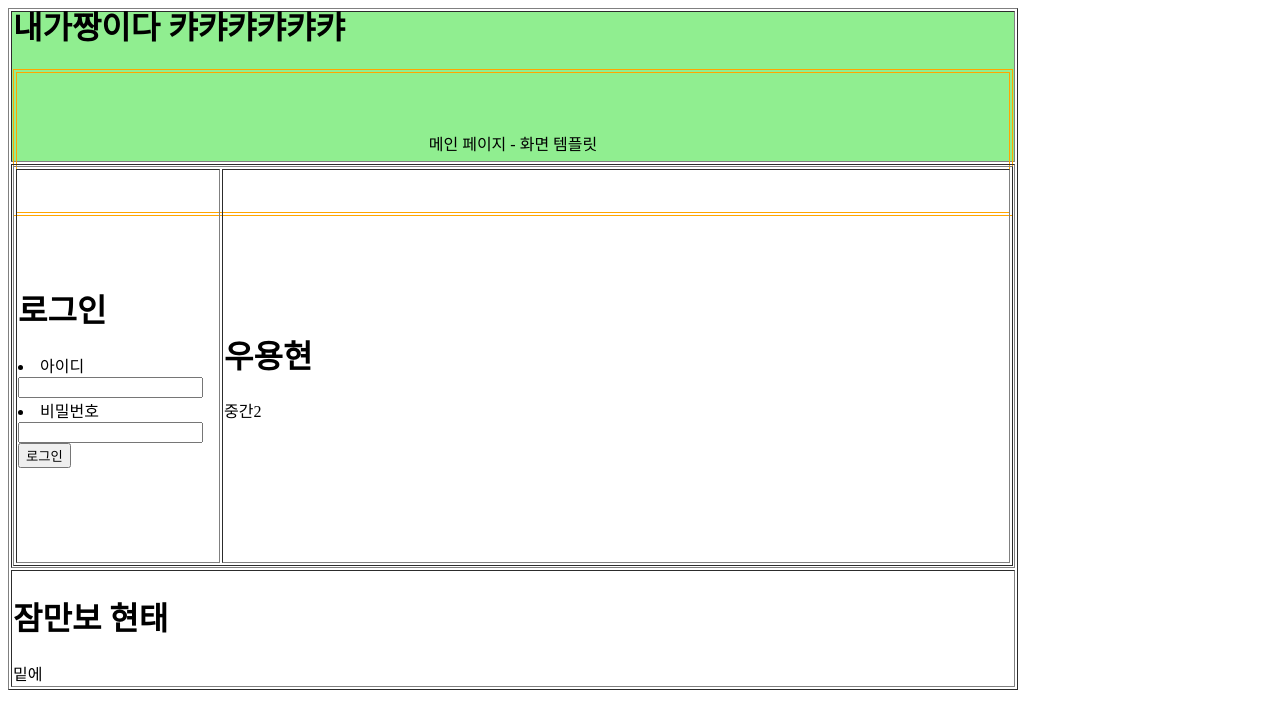
Repository: ikobean/ikoebean
Page: http://localhost/dev_jsp/ch07/index.jsp
An editor plug-in stored every save of this project. The page is shown before and after the next save, followed by the edit.
The browser window is 1280 px wide. The pictures show the whole page.
The page is served by Tomcat 9. Other server files are loaded and not shown.

Above is the page before, as saved 2019-07-17 02:15:59.

### workspace_jsp/dev_jsp/WebContent/ch07/index.jsp
<%@ page language="java" contentType="text/html; charset=UTF-8"
    pageEncoding="UTF-8"%>
<!DOCTYPE html>
<html>
<head>
<meta charset="UTF-8">
<title>Insert title here</title>
</head>
<body>
<table border=1 width="1000" height="500">
<!-- top 영억 -->
	<tr>
	<td height="50" bgcolor=lightgreen>
	탑
	<jsp:include page="top.jsp" flush="false"/></td>
	</tr>
<!-- body 영억 -->
	<tr>
		<td>
			<table border=1 width="1000" height="400">
				<tr>
<!-- menu 영억 -->
					<td width="200" >
					<jsp:include page="menu.jsp" flush="false"/>

					</td>
<!-- main 영억 -->
					<td>
					<jsp:include page="main.jsp" flush="false"/>
						중간2
					</td>
				</tr>

			</table>
		</td>
	</tr>
<!-- bottom 영억 -->
	<tr>
		<td height="50">
		<jsp:include page="bottom.jsp" flush="false"/>
		밑에
		</td>
	</tr>
</table>
</body>
</html>

### workspace_jsp/dev_jsp/WebContent/ch07/top.jsp
<%@ page language="java" contentType="text/html; charset=UTF-8"
    pageEncoding="UTF-8"%>
<!DOCTYPE html>
<html>
<head>
<meta charset="UTF-8">
<title>Insert title here</title>
</head>
<body>
<h1>내가짱이다 캬캬캬캬캬캬</h1>
<table width="100%" height="100%" borderColor="orange" border="1">
	<tr>
		<td align="center">
	메인 페이지 - 화면 템플릿
		</td>
	</tr>
</table>
</body>
</html>

### workspace_jsp/dev_jsp/WebContent/ch07/menu.jsp
<%@ page language="java" contentType="text/html; charset=UTF-8"
    pageEncoding="UTF-8"%>
<!DOCTYPE html>
<html>
<head>
<meta charset="UTF-8">
<title>Insert title here</title>
</head>
<body>
<h1>로그인</h1>

<li>아이디</li>
<input type="text">
<li>비밀번호</li>
<input type="text">
<input type='button' value="로그인" onclick=alert("암것도없지롱")>
</body>
</html>

### workspace_jsp/dev_jsp/WebContent/ch07/main.jsp
<%@ page language="java" contentType="text/html; charset=UTF-8"
    pageEncoding="UTF-8"%>
<!DOCTYPE html>
<html>
<head>
<meta charset="UTF-8">
<title>Insert title here</title>
</head>
<body>
<h1>우용현</h1>

</body>
</html>

### workspace_jsp/dev_jsp/WebContent/ch07/bottom.jsp
<%@ page language="java" contentType="text/html; charset=UTF-8"
    pageEncoding="UTF-8"%>
<!DOCTYPE html>
<html>
<head>
<meta charset="UTF-8">
<title>Insert title here</title>
</head>
<body>
<h1>잠만보 현태</h1>

</body>
</html>

After the next save:
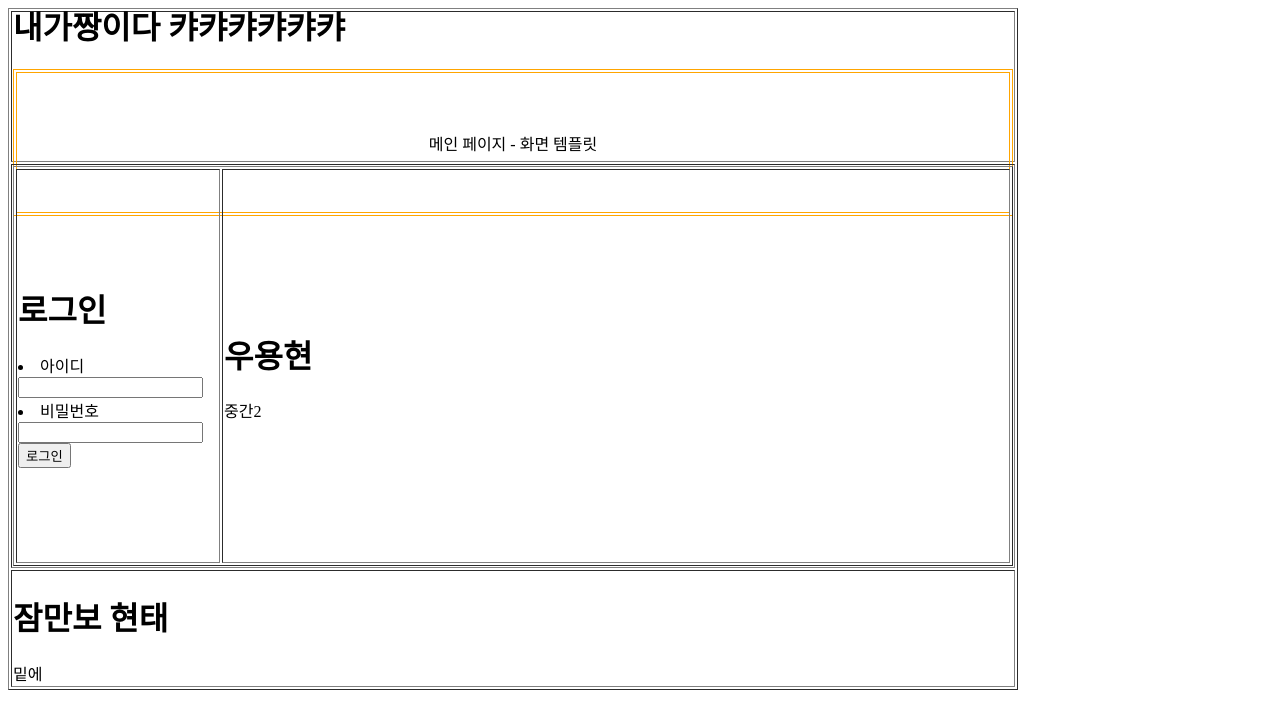
Saved 9 s later.
--- a/workspace_jsp/dev_jsp/WebContent/ch07/index.jsp
+++ b/workspace_jsp/dev_jsp/WebContent/ch07/index.jsp
@@ -10,7 +10,7 @@
 <table border=1 width="1000" height="500">
 <!-- top 영억 -->
 	<tr>
-	<td height="50" bgcolor=lightgreen>
+	<td height="50" >
 	탑
 	<jsp:include page="top.jsp" flush="false"/></td>
 	</tr>
